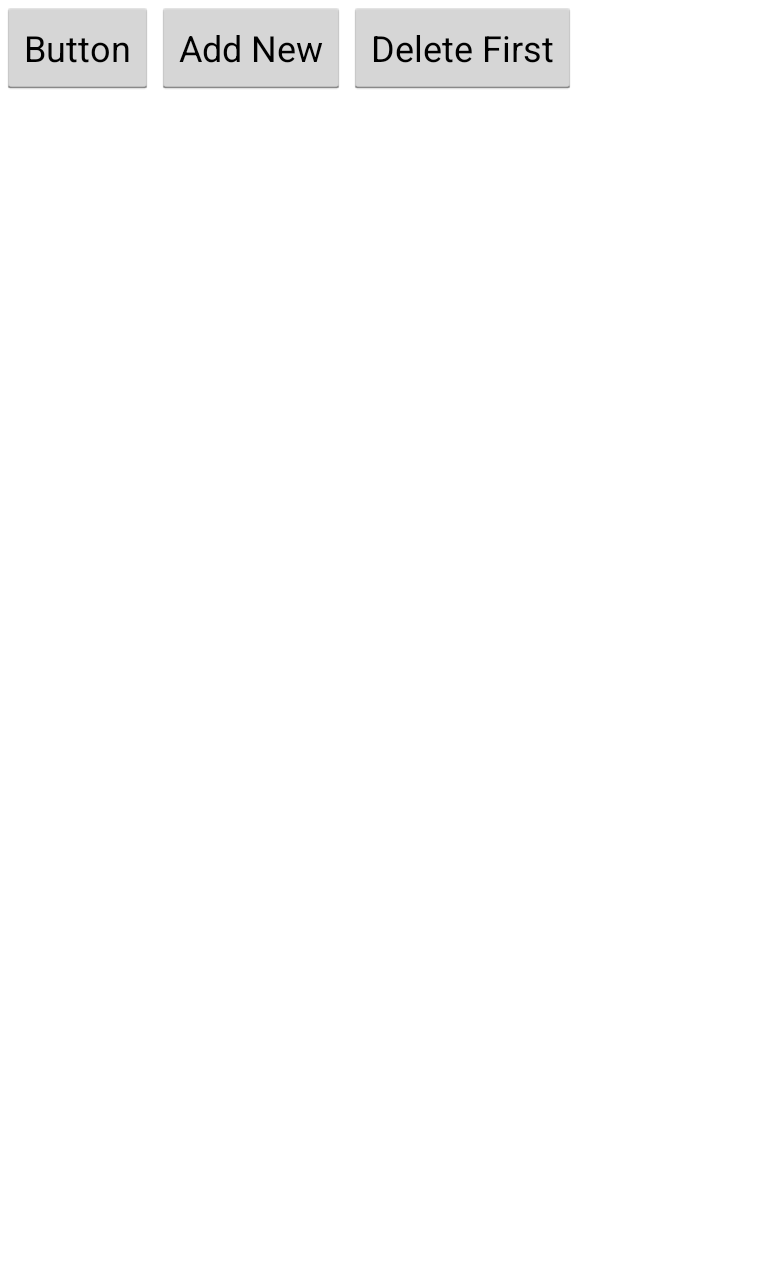
Repository: steve-ng/android-patterns
Layout: Pattern-Strategy Cache/res/layout/activity_main.xml
These files come from the project's save history. The layout is drawn as it stood at one moment and after the next save; the edit follows.
It is drawn on a 768 x 1280 px phone screen (xhdpi) without system bars, with theme AppTheme; the app's code is not run. Lists and similar views that code fills are empty.

Above is the layout before, as saved 2013-11-02 00:13:25.

After the next save:
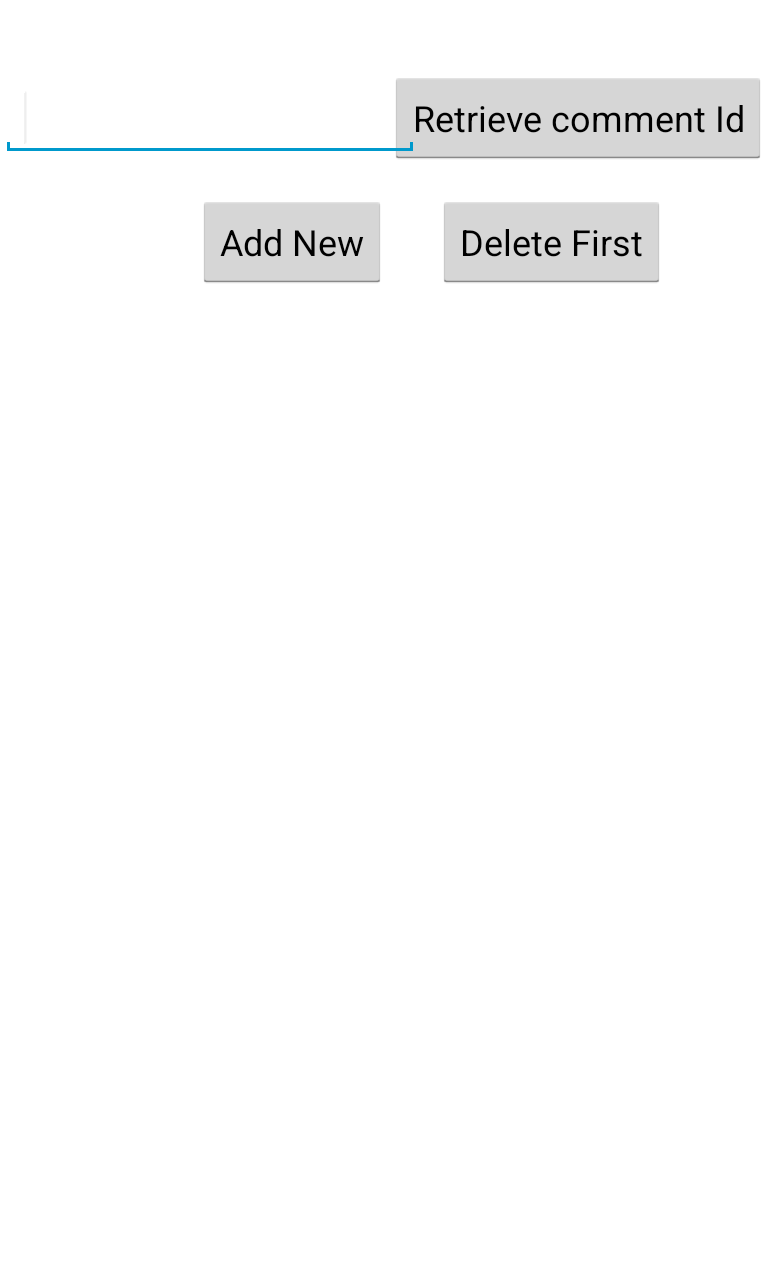
Saved 18 s later.
--- a/Pattern-Strategy Cache/res/layout/activity_main.xml
+++ b/Pattern-Strategy Cache/res/layout/activity_main.xml
@@ -9,25 +9,65 @@
         android:layout_width="wrap_content"
         android:layout_height="wrap_content" >
 
-        <Button
-            android:id="@+id/retrieve"
+        <RelativeLayout
             android:layout_width="wrap_content"
-            android:layout_height="wrap_content"
-            android:text="Button" />
+            android:layout_height="145dp" >
 
-        <Button
-            android:id="@+id/add"
+            <Button
+                android:id="@+id/add"
+                android:layout_width="wrap_content"
+                android:layout_height="wrap_content"
+                android:layout_alignParentBottom="true"
+                android:layout_toLeftOf="@+id/retrieve"
+                android:onClick="onClick"
+                android:text="Add New" />
+
+            <Button
+                android:id="@+id/delete"
+                android:layout_width="wrap_content"
+                android:layout_height="wrap_content"
+                android:layout_alignLeft="@+id/retrieve"
+                android:layout_alignParentBottom="true"
+                android:layout_marginLeft="24dp"
+                android:onClick="onClick"
+                android:text="Delete First" />
+
+            <Button
+                android:id="@+id/retrieve"
+                android:layout_width="wrap_content"
+                android:layout_height="wrap_content"
+                android:layout_above="@+id/delete"
+                android:layout_alignParentRight="true"
+                android:layout_marginBottom="14dp"
+                android:text="Retrieve comment Id" />
+
+            <EditText
+                android:id="@+id/commentId"
+                android:layout_width="wrap_content"
+                android:layout_height="wrap_content"
+                android:layout_alignBaseline="@+id/retrieve"
+                android:layout_alignBottom="@+id/retrieve"
+                android:layout_alignParentLeft="true"
+                android:ems="10" >
+
+                <requestFocus />
+            </EditText>
+
+        </RelativeLayout>
+
+        <LinearLayout
             android:layout_width="wrap_content"
-            android:layout_height="wrap_content"
-            android:onClick="onClick"
-            android:text="Add New" />
+            android:layout_height="91dp"
+            android:orientation="vertical" >
 
-        <Button
-            android:id="@+id/delete"
+        </LinearLayout>
+
+        <LinearLayout
             android:layout_width="wrap_content"
-            android:layout_height="wrap_content"
-            android:text="Delete First"
-            android:onClick="onClick"/>
+            android:layout_height="match_parent"
+            android:orientation="vertical" >
+
+        </LinearLayout>
 
     </LinearLayout>
 
